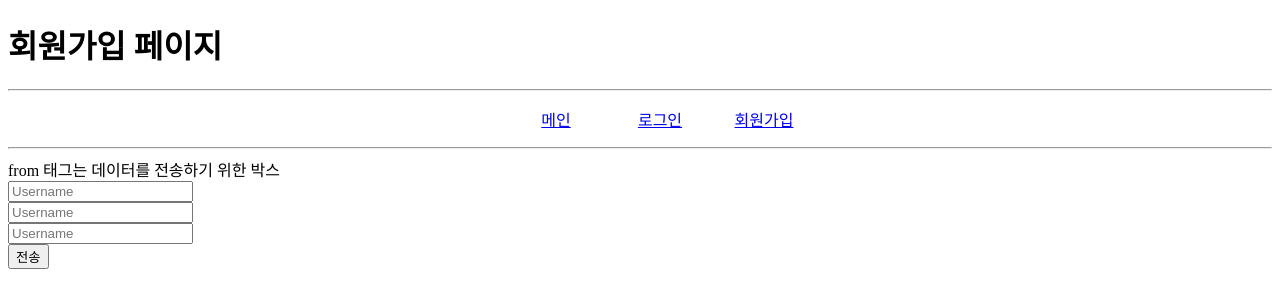
Repository: jaecheol0330/jsp-work
Page: http://localhost/cos/join.jsp
An editor plug-in stored every save of this project. The page is shown before and after the next save, followed by the edit.
The browser window is 1280 px wide. The pictures show the whole page.
The page is served by Tomcat 9.

Above is the page before, as saved 2020-08-22 02:55:13.

After the next save:
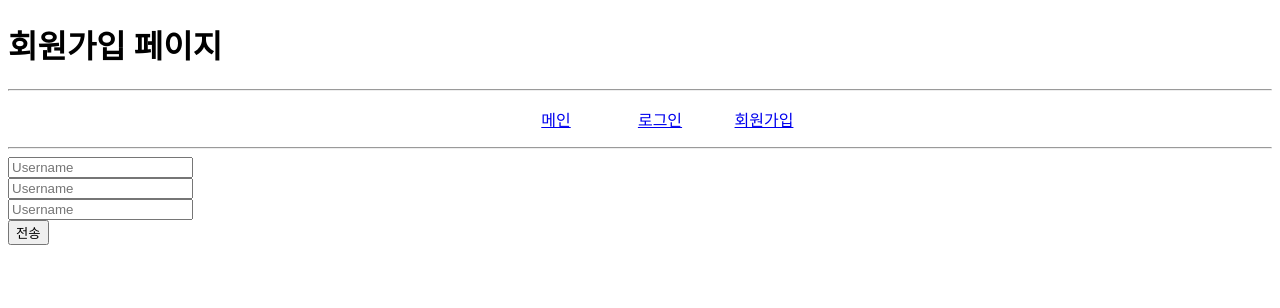
Saved 21 min 48 s later.
--- a/cos/WebContent/join.jsp
+++ b/cos/WebContent/join.jsp
@@ -24,8 +24,8 @@
 	<li><a href="join.jsp">회원가입</a></li>
 </ul>
 <hr/>
-from 태그는 데이터를 전송하기 위한 박스
-<form action="joinProc.jsp">
+<!-- form 태그는 데이터를 전송하기 위한 박스 -->
+<form action="joinProc.jsp"method="post">
 	<input type="text"name="username"placeholder="Username"/><br/>
 	<input type="password"name="password"placeholder="Username"/><br/>
 	<input type="email"name="email"placeholder="Username"/><br/>
